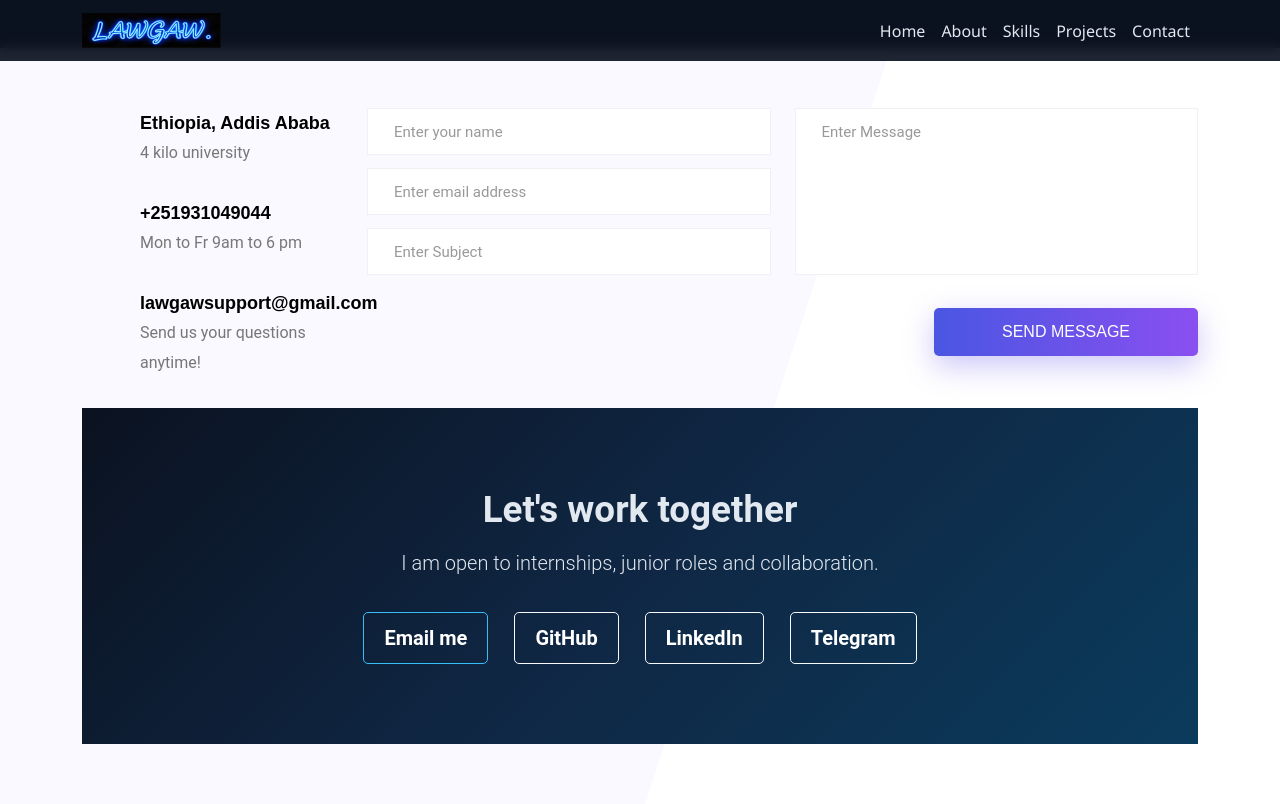
Repository: lawgaw-sefineh/MyPortfolioWebsite
Page: contacts.html
The author's editor kept a copy of each file at every save. The page is drawn from the files as they stood at one save, then again after the next save.
The browser window is 1280 px wide. The pictures show the whole page.

Above is the page before, as saved 2026-10-08 23:00:12.

### contacts.html
<!DOCTYPE html>
   <html lang="en">
  <meta charset="UTF-8">
  <meta name="viewport" content="width=device-width, initial-scale=1">
  <!-- 1. TITLE: the blue link in Google results. Keep it under 60 characters -->
  <link rel="icon" href="images/favicon.png" type="image/png">
  <title>Lawgaw | Full Stack Developer in Addis Ababa, Ethiopia</title>

  <!-- 2. DESCRIPTION: the grey text under the title. Keep it 120 to 160 characters -->
  <meta name="description" content="Lawgaw is a Computer Science student at Addis Ababa University and an aspiring full stack developer. See my responsive web projects built with HTML, CSS, Bootstrap and JavaScript.">

  <!-- 3. Author and search robots -->
  <meta name="author" content="Lawgaw [Your Last Name]">
  <meta name="robots" content="index, follow">

  <!-- 4. Canonical: the one real address of this page -->
  <link rel="canonical" href="https://[your-username].github.io/">

  <!-- 5. Open Graph: the card shown when you share the link on Telegram, LinkedIn, Facebook -->
  <meta property="og:type" content="website">
  <meta property="og:title" content="Lawgaw | Full Stack Developer">
  <meta property="og:description" content="Aspiring full stack developer from Addis Ababa. View my projects and get in touch.">
  <meta property="og:url" content="https://[your-username].github.io/">
  <meta property="og:image" content="https://[your-username].github.io/images/share-image.jpg">

  <!-- 6. Twitter / X card -->
  <meta name="twitter:card" content="summary_large_image">
  <meta name="twitter:title" content="Lawgaw | Full Stack Developer">
  <meta name="twitter:description" content="Aspiring full stack developer from Addis Ababa. View my projects.">
  <meta name="twitter:image" content="https://[your-username].github.io/images/share-image.jpg">

  <!-- 7. Icon in the browser tab and color of the phone address bar -->
  <meta name="theme-color" content="#0b1220">
  <!-- 8. Structured data: tells Google who you are -->
  <script type="application/ld+json">
  {
    "@context": "https://schema.org",
    "@type": "Person",
    "name": "Lawgaw Sefineh",
    "jobTitle": "Aspiring Full Stack Developer",
    "url": "https://lawgaw-sefineh.github.io/",
    "image": "https://[your-username].github.io/images/profile.jpg",
    "alumniOf": "Addis Ababa University",
    "address": { "@type": "PostalAddress", "addressLocality": "Addis Ababa", "addressCountry": "ET" },
    "sameAs": [
      "https://github.com/[your-username]",
      "https://linkedin.com/in/[your-username]"
    ]
  }
  </script>
  <!-- Bootstrap first, your CSS second -->
   <link href="./css/bootstrap.css" rel="stylesheet">
  <link href="css/style.css" rel="stylesheet">
</head>
<body>

  <!-- ================= NAVBAR ================= -->
  <header>
      <nav class="navbar navbar-expand-lg navbar-dark fixed-top site-nav">
        <div class="container">
          <!-- <a class="navbar-brand fw-bold" href="#home">Lawgaw<span class="accent">. -->
            <a class="navbar-brand logo_h" href="index.html"
                  ><img src="images/logo.png" alt=""
                /></a>
          </span></a>
          <button class="navbar-toggler" type="button" data-bs-toggle="collapse"
                  data-bs-target="#menu" aria-controls="menu" aria-expanded="false" aria-label="Toggle menu">
            <span class="navbar-toggler-icon"></span>
          </button>
          <div class="collapse navbar-collapse" id="menu">
            <ul class="navbar-nav ms-auto">
              <li class="nav-item"><a class="nav-link" href="index.html">Home</a></li>
              <li class="nav-item"><a class="nav-link" href="about.html">About</a></li>
              <li class="nav-item"><a class="nav-link" href="skills.html">Skills</a></li>
              <li class="nav-item"><a class="nav-link" href="projects.html">Projects</a></li>
              <li class="nav-item"><a class="nav-link" href="contacts.html">Contact</a></li>
            </ul>
          </div>
        </div>
      </nav>
  </header>
  <!-- ================= CONTACT =================
       BACKGROUND IMAGE: images/contact-bg.jpg (set in CSS, class .contact) -->
       <section class="contact_area section_gap mt-5">
        <div class="container">
            <div class="row">
                <div class="col-lg-3">
                    <div class="contact_info">
                        <div class="info_item">
                            <i class="lnr lnr-home"></i>
                            <h6>Ethiopia, Addis Ababa</h6>
                            <p>4 kilo university</p>
                        </div>
                        <div class="info_item">
                            <i class="lnr lnr-phone-handset"></i>
                            <h6><a href="#">+251931049044</a></h6>
                            <p>Mon to Fr 9am to 6 pm</p>
                        </div>
                        <div class="info_item">
                            <i class="lnr lnr-envelope"></i>
                            <h6><a href="#">lawgawsupport@gmail.com</a></h6>
                            <p>Send us your questions anytime!</p>
                        </div>
                    </div>
                </div>
                <div class="col-lg-9">
                    <form class="row contact_form" action="contact_process.php" method="post" id="contactForm" novalidate="novalidate">
                        <div class="col-md-6">
                            <div class="form-group">
                                <input type="text" class="form-control" id="name" name="name" placeholder="Enter your name">
                            </div>
                            <div class="form-group">
                                <input type="email" class="form-control" id="email" name="email" placeholder="Enter email address">
                            </div>
                            <div class="form-group">
                                <input type="text" class="form-control" id="subject" name="subject" placeholder="Enter Subject">
                            </div>
                        </div>
                        <div class="col-md-6">
                            <div class="form-group">
                                <textarea class="form-control" name="message" id="message" rows="1" placeholder="Enter Message"></textarea>
                            </div>
                        </div>
                        <div class="col-md-12 text-right">
                            <button type="submit" value="submit" class="primary_btn">
                                <span>Send Message</span>
                            </button>
                        </div>
                    </form>
                </div>
            </div>
  <section id="contact" class="contact section text-center">
    <div class="container">
      <h2 class="section-title mb-3">Let's work together</h2>
      <p class="lead mb-4">I am open to internships, junior roles and collaboration.</p>

      <div class="d-flex flex-column flex-sm-row justify-content-center gap-3">
        <a href="mailto:lawgawsefineh1@gmail.com" class="btn btn-accent btn-lg">Email me</a>
        <a href="https://github.com/lawgaw-sefineh" class="btn btn-outline-light btn-lg">GitHub</a>
        <a href="https://linkedin.com/in/lawgaw-sefineh" class="btn btn-outline-light btn-lg">LinkedIn</a>
        <a href="https://t.me/christSmary" class="btn btn-outline-light btn-lg">Telegram</a>
      </div>
    </div>
  </section>
  </body>
  </html>

### css/style.css
/* =========================================================
   css/style.css - Portfolio (Bootstrap + custom CSS)
   Image paths start with ../images/ because this file is in css/
   ========================================================= */

/* ---------- 1. Colors and basics ---------- */
:root {
  --bg-dark: #0b1220;
  --bg-card: #121a2e;
  --accent: #38bdf8;
  --text: #e2e8f0;
  --muted: #94a3b8;
}

html {
  scroll-behavior: smooth;
  scroll-padding-top: 70px;
} /* menu does not cover titles */

body {
  font-family:
    "Segoe UI",
    system-ui,
    -apple-system,
    Arial,
    sans-serif;
  background: var(--bg-dark);
  color: var(--text);
}

.accent {
  color: var(--accent);
}

/* ---------- 2. Navbar ---------- */
.site-nav {
  background: rgba(11, 18, 32, 0.92);
  backdrop-filter: blur(6px);
}
.site-nav .nav-link {
  color: var(--text);
}
.site-nav .nav-link:hover {
  color: var(--accent);
}

/* ---------- 3. Buttons ---------- */
.btn-accent {
  background: var(--accent);
  border-color: var(--accent);
  color: #06111f;
  font-weight: 600;
}
.btn-accent:hover {
  background: #7dd3fc;
  border-color: #7dd3fc;
  color: #06111f;
}

/* ---------- 4. HERO (background image: images/hero-bg.jpg) ---------- */
.hero {
  min-height: 100vh;
  padding: 6rem 0 3rem;
  /* dark overlay on top of the image, so white text stays readable */
  background-image:
    linear-gradient(rgba(11, 18, 32, 0.75), rgba(11, 18, 32, 0.85)),
    url("../images/hero-bg.jpg");
  background-size: cover;
  background-position: center;
  background-repeat: no-repeat;
  background-color: var(--bg-dark); /* shows if the image is missing */
}

.hero-photo {
  width: 130px;
  height: 130px;
  object-fit: cover; /* crops the photo to a square */
  border: 4px solid var(--accent);
}
.btn {
  display: inline-block;
  margin: 10px 5px 0;
  padding: 10px 20px;
  background: var(--primary);
  color: #fff;
  border-radius: 5px;
  font-weight: 600;
  text-decoration: none;
  transition: 0.3s;
}
.btn:hover {
  background: var(--secondary);
  color: var(--dark-bg);
}
.btn-outline {
  background: transparent;
  border: 2px solid var(--primary);
  color: var(--primary);
}
.btn-outline:hover {
  background: var(--primary);
  color: #fff;
}
.hero-hello {
  color: var(--accent);
  font-size: 1.1rem;
}
.hero-title {
  font-size: 2.2rem;
} /* mobile size */
.hero-role {
  font-size: 1.15rem;
  color: var(--muted);
}

/* ---------- 5. Sections ---------- */
.section {
  padding: 4rem 0;
}
.section-alt {
  background: var(--bg-card);
}

.section-title {
  font-size: 1.9rem;
  font-weight: 700;
}
.section-title::after {
  /* small line under each title */
  content: "";
  display: block;
  width: 60px;
  height: 4px;
  margin: 0.6rem auto 0;
  background: var(--accent);
  border-radius: 2px;
}
.contact .section-title::after {
  display: none;
}
/* ---------- 6. About facts ---------- */
.fact {
  background: var(--bg-card);
  border-radius: 0.75rem;
  padding: 1rem 0.5rem;
}
.fact-number {
  display: block;
  font-size: 1.6rem;
  font-weight: 700;
  color: var(--accent);
}
.fact-label {
  display: block;
  font-size: 0.8rem;
  color: var(--muted);
}
/* ---------- 7. Skills ---------- */
.skill-card {
  background: var(--bg-dark);
  border: 1px solid #1e293b;
  border-radius: 0.75rem;
  padding: 1.5rem 1rem;
  height: 100%;
  transition:
    transform 0.2s,
    border-color 0.2s;
}
.skill-card:hover {
  transform: translateY(-6px);
  border-color: var(--accent);
}
.skill-card h3 {
  font-size: 1.15rem;
  color: var(--accent);
}
.skill-card p {
  margin: 0;
  font-size: 0.9rem;
  color: var(--muted);
}

/* ---------- 8. Project cards ---------- */
.project-card {
  background: var(--bg-card);
  border: 1px solid #1e293b;
  color: var(--text);
  overflow: hidden;
  transition: transform 0.2s;
}
.project-card:hover {
  transform: translateY(-6px);
}
.project-card .card-img-top {
  height: 200px;
  object-fit: cover; /* all project images get the same size */
}
.project-card .card-text {
  color: var(--muted);
}

/* ---------- 9. Contact (background image: images/contact-bg.jpg) ---------- */
.section_gap {
  padding: 60px 0;
}

.contact_area {
  position: relative;
  background: #fff;
  overflow: hidden;
  font-family: "Roboto", sans-serif;
}

/* soft light-purple diagonal shape behind everything */
.contact_area::before {
  content: "";
  position: absolute;
  top: 0;
  left: -10%;
  width: 70%;
  height: 100%;
  background: #faf9ff;
  transform: skewX(-18deg);
  z-index: 0;
}

.contact_area .container {
  position: relative;
  z-index: 1;
}

/* ---------- Left: contact info ---------- */
.contact_info .info_item {
  position: relative;
  padding-left: 58px;      /* space for the icon */
  margin-bottom: 30px;
}

.contact_info .info_item i {
  position: absolute;
  left: 0;
  top: 2px;
  font-size: 24px;
  font-weight: 700;
  color: #6c5ce7;          /* purple icon */
}

.contact_info .info_item h6 {
  font-family: Arial, Helvetica, sans-serif;
  font-size: 18px;
  font-weight: 700;
  line-height: 30px;
  color: #000;
  margin: 0;
}

.contact_info .info_item h6 a {
  color: #000;
  text-decoration: none;
}

.contact_info .info_item p {
  font-size: 16px;
  line-height: 30px;
  color: #777;
  margin: 0;
}

/* ---------- Right: form ---------- */
.contact_form .form-group {
  margin-bottom: 13px;
}
.text-right{
  display:flex;
  align-items:center;
  justify-content: end;

}
.contact_form .form-control {
  height: 47px;
  padding: 0 26px;
  font-size: 15px;
  color: #333;
  background: #fff;
  border: 1px solid #f0f0f5;
  border-radius: 0;
  box-shadow: none;
}

.contact_form .form-control::placeholder {
  color: #999;
}

.contact_form .form-control:focus {
  border-color: #6c5ce7;
  box-shadow: none;
  outline: none;
}

/* textarea matches the height of the 3 inputs (3×47 + 2×13) */
.contact_form textarea.form-control {
  height: 167px;
  padding: 12px 26px;
  resize: none;
}

/* ---------- Button ---------- */
.primary_btn {
  display: inline-block;
  min-width: 264px;
  height: 48px;
  margin-top: 20px;
  padding: 0 30px;
  border: 0;
  border-radius: 5px;
  background: linear-gradient(90deg, #4a56e2 0%, #8a4ff0 100%);
  box-shadow: 0 10px 30px rgba(108, 92, 231, 0.35);
  color: #fff;
  font-family: Arial, Helvetica, sans-serif;
  font-size: 16px;
  text-transform: uppercase;
  cursor: pointer;
  transition: transform 0.2s ease, box-shadow 0.2s ease;
}

.primary_btn:hover {
  transform: translateY(-2px);
  box-shadow: 0 14px 34px rgba(108, 92, 231, 0.45);
}
.contact {
  background-image: linear-gradient(
    135deg,
    #0b1220 0%,
    #0f2744 50%,
    #0b3b5c 100%
  );
  background-color: var(--bg-dark);
}
/* ---------- 10. Footer ---------- */
.site-footer {
  background: #060a14;
  color: var(--muted);
}

/* =========================================================
   RESPONSIVE (media queries)
   Bootstrap handles the columns; these change sizes only.
   ========================================================= */

/* Tablet: 768px and up */
@media (min-width: 768px) {
  .hero-photo {
    width: 160px;
    height: 160px;
  }
  .hero-title {
    font-size: 3.2rem;
  }
  .hero-role {
    font-size: 1.4rem;
  }
  .section {
    padding: 5rem 0;
  }
  .section-title {
    font-size: 2.3rem;
  }
}

/* Desktop: 992px and up */
@media (min-width: 992px) {
  .hero-photo {
    width: 190px;
    height: 190px;
  }
  .hero-title {
    font-size: 4rem;
  }
  .hero-role {
    font-size: 1.6rem;
  }
  .project-card .card-img-top {
    height: 220px;
  }
}

/* Large desktop: 1400px and up */
@media (min-width: 1400px) {
  .hero-title {
    font-size: 5rem;
  }
}
/* ---------- Responsive ---------- */
@media (max-width: 991px) {
  .contact_info {
    margin-bottom: 30px;
  }
  .contact_area::before {
    width: 100%;
    left: 0;
    transform: none;
  }
}

@media (max-width: 575px) {
  .primary_btn {
    width: 100%;
  }
}

Loaded but not shown: css/bootstrap.css (library)

After the next save:
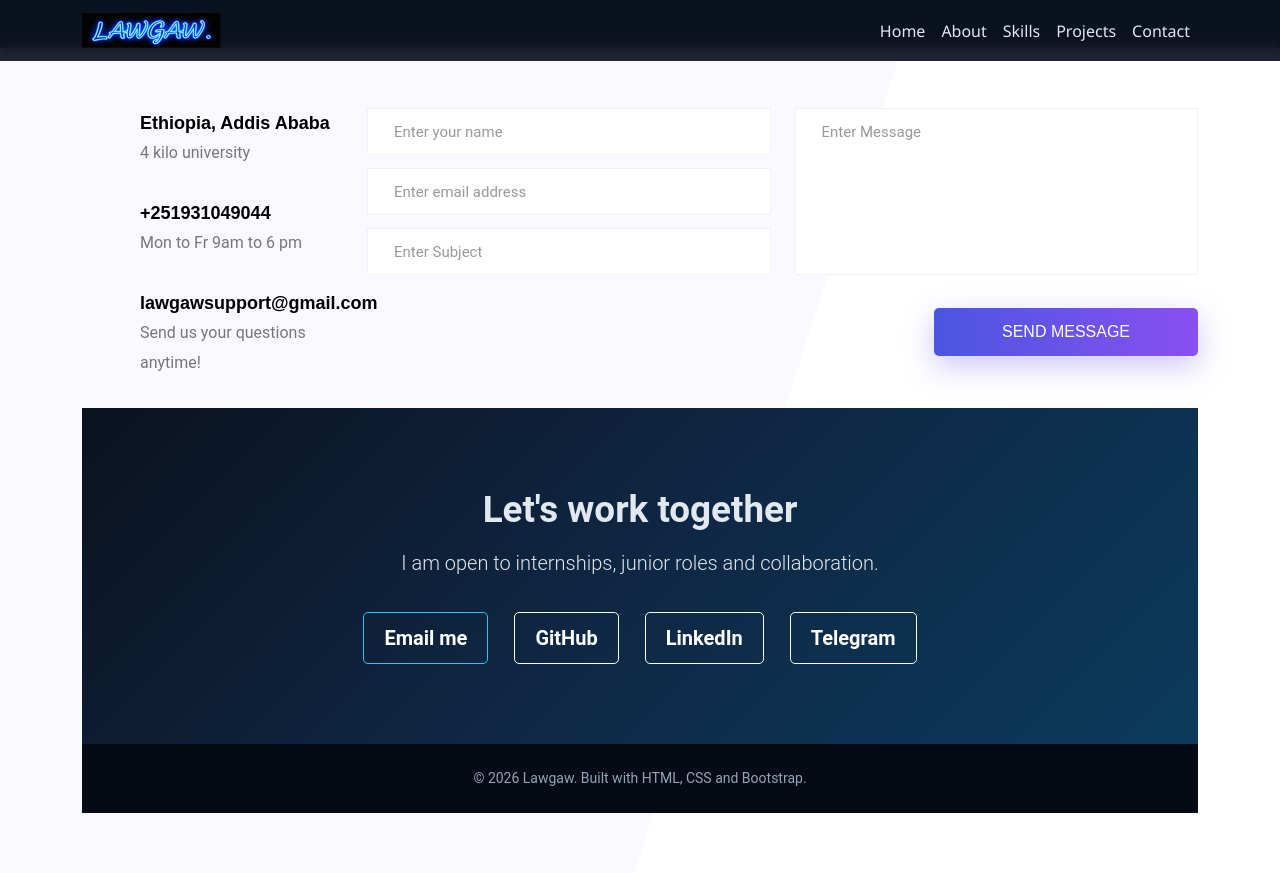
Saved 25 s later.
--- a/contacts.html
+++ b/contacts.html
@@ -142,5 +142,12 @@
       </div>
     </div>
   </section>
+   <!-- ================= FOOTER ================= -->
+  <footer class="site-footer text-center py-4">
+    <p class="mb-0 small">&copy; 2026 Lawgaw. Built with HTML, CSS and Bootstrap.</p>
+  </footer>
+
+  <!-- Bootstrap JS: needed for the mobile menu button -->
+  <script src="https://cdn.jsdelivr.net/npm/bootstrap@5.3.3/dist/js/bootstrap.bundle.min.js"></script>
   </body>
   </html>
